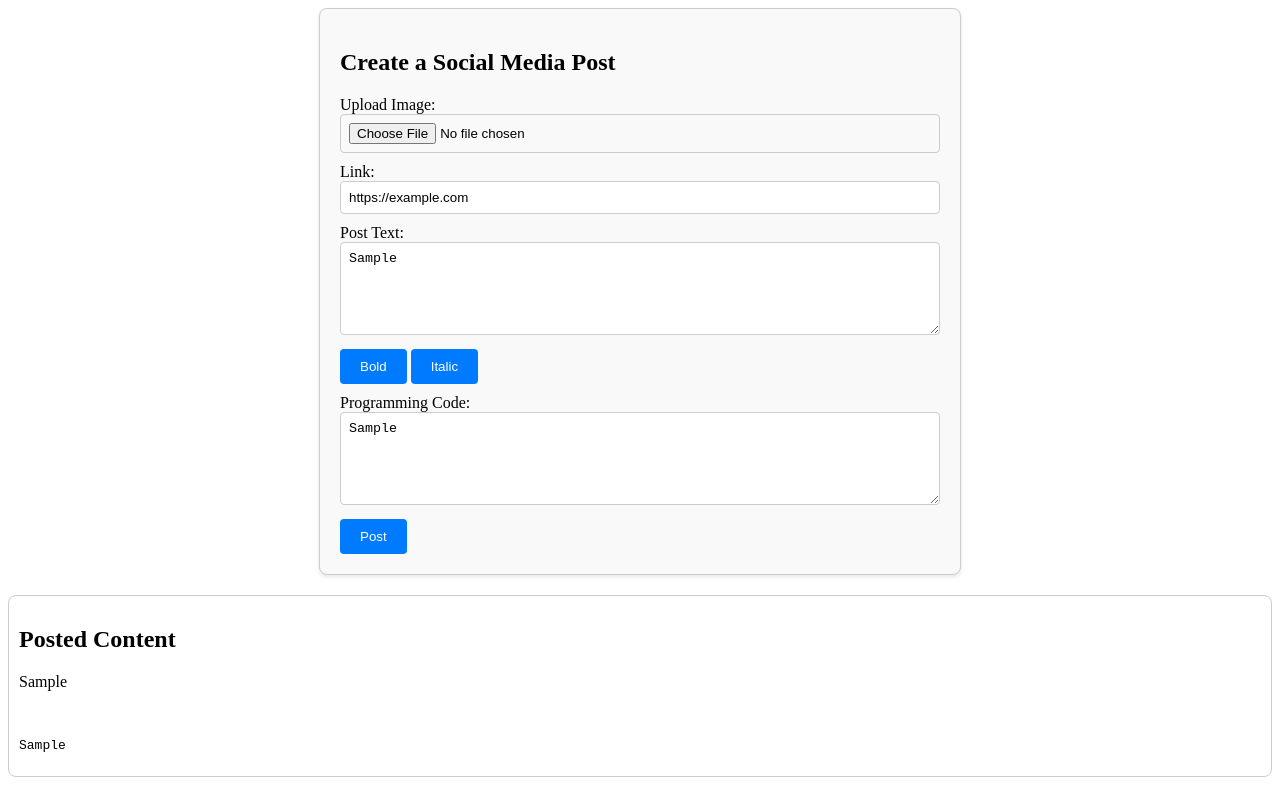
Repository: jaseem1999/sdCommunity
Page: http://localhost/sdCommunity/UserPost.jsp
The author's editor kept a copy of each file at every save. The page is drawn from the files as they stood at one save, then again after the next save.
The browser window is 1280 px wide. The pictures show the whole page.
Empty fields were first filled with sample values (such as "Sample", 5 or name@example.com).
After loading, the first visible `form` was submitted once.
The page is served by Tomcat 9.

Above is the page before, as saved 2023-09-29 14:21:49.

After the next save:
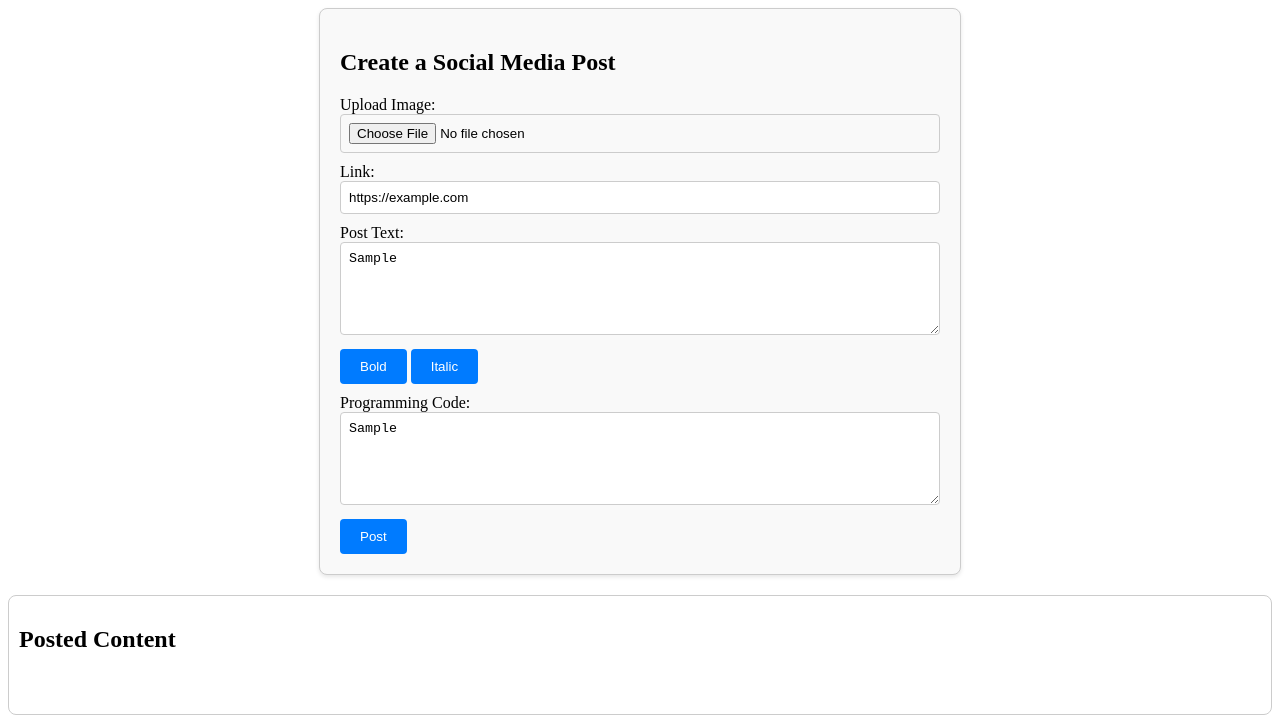
Console error: ReferenceError: consle is not defined
Saved 16 min 12 s later.
--- a/sdCommunity/src/main/webapp/UserPost.jsp
+++ b/sdCommunity/src/main/webapp/UserPost.jsp
@@ -106,6 +106,7 @@
             var link = document.getElementById('link').value;
             var text = document.getElementById('text').value;
             var code = document.getElementById('code').value;
+            consle.log(code.length);
 
             // Display the content
 

After the save that followed:
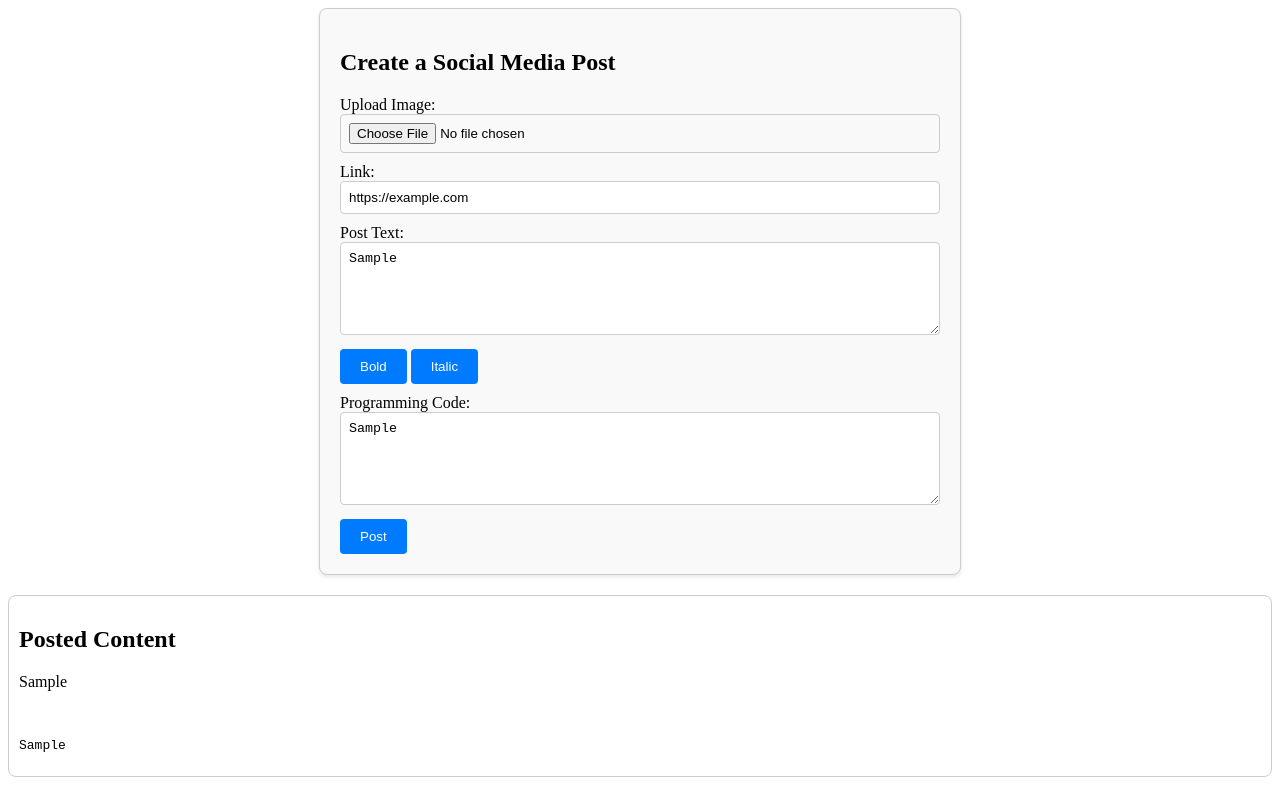
The error is gone.
Saved 79 s later.
--- a/sdCommunity/src/main/webapp/UserPost.jsp
+++ b/sdCommunity/src/main/webapp/UserPost.jsp
@@ -106,7 +106,8 @@
             var link = document.getElementById('link').value;
             var text = document.getElementById('text').value;
             var code = document.getElementById('code').value;
-            consle.log(code.length);
+            var codeLength = code.length;
+            console.log("The length of the code is:", codeLength);
 
             // Display the content
 
